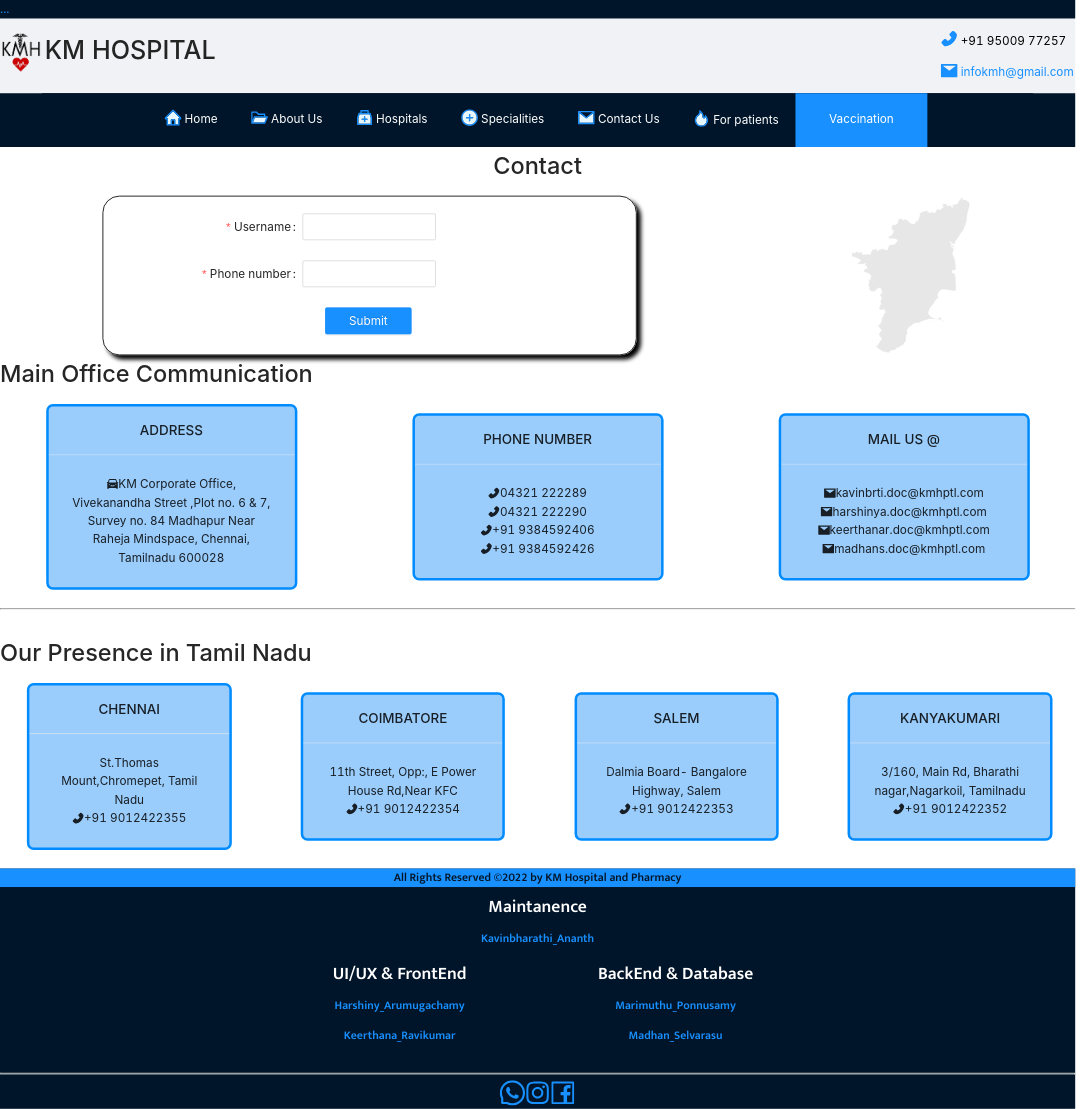
Repository: marimuthu1001/KHM-hospital
Page: /contactus (app in km-hospital/)
An editor plug-in stored every save of this project. The page is shown before and after the next save, followed by the edit.
The browser window is 1280 px wide. The page is 1297 px wide, so the pictures cover 1297 px, including what lies to the right of the window. The pictures show the whole page, at 84% of full size.
The project was rebuilt for these pictures with package versions that can differ from the ones it lists, and the page was loaded fresh each time. Also part of the build but not shown: km-hospital/src/Pages/Feedback.jsx.

Above is the page before, as saved 2022-01-25 08:55:06.

After the next save:
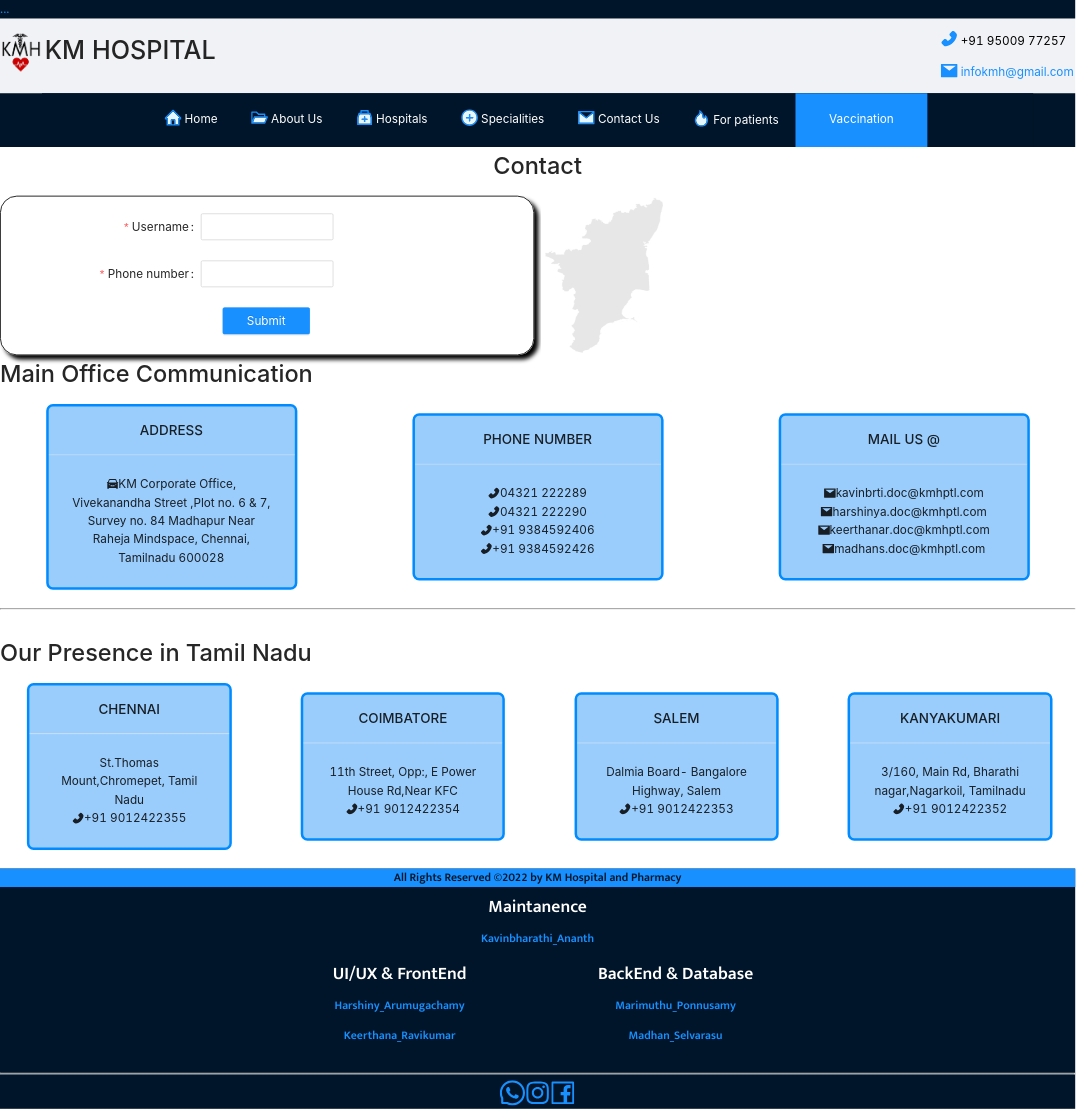
Saved 21 s later.
--- a/km-hospital/src/Pages/ContactUs.jsx
+++ b/km-hospital/src/Pages/ContactUs.jsx
@@ -19,7 +19,7 @@
             </div>
 
 
-<Row justify="space-around" align="middle" gutter={8}>
+<Row align="middle" gutter={8}>
         <Col span={12}>
         <Form className={Styles.form}
                     name="basic"

After the save that followed:
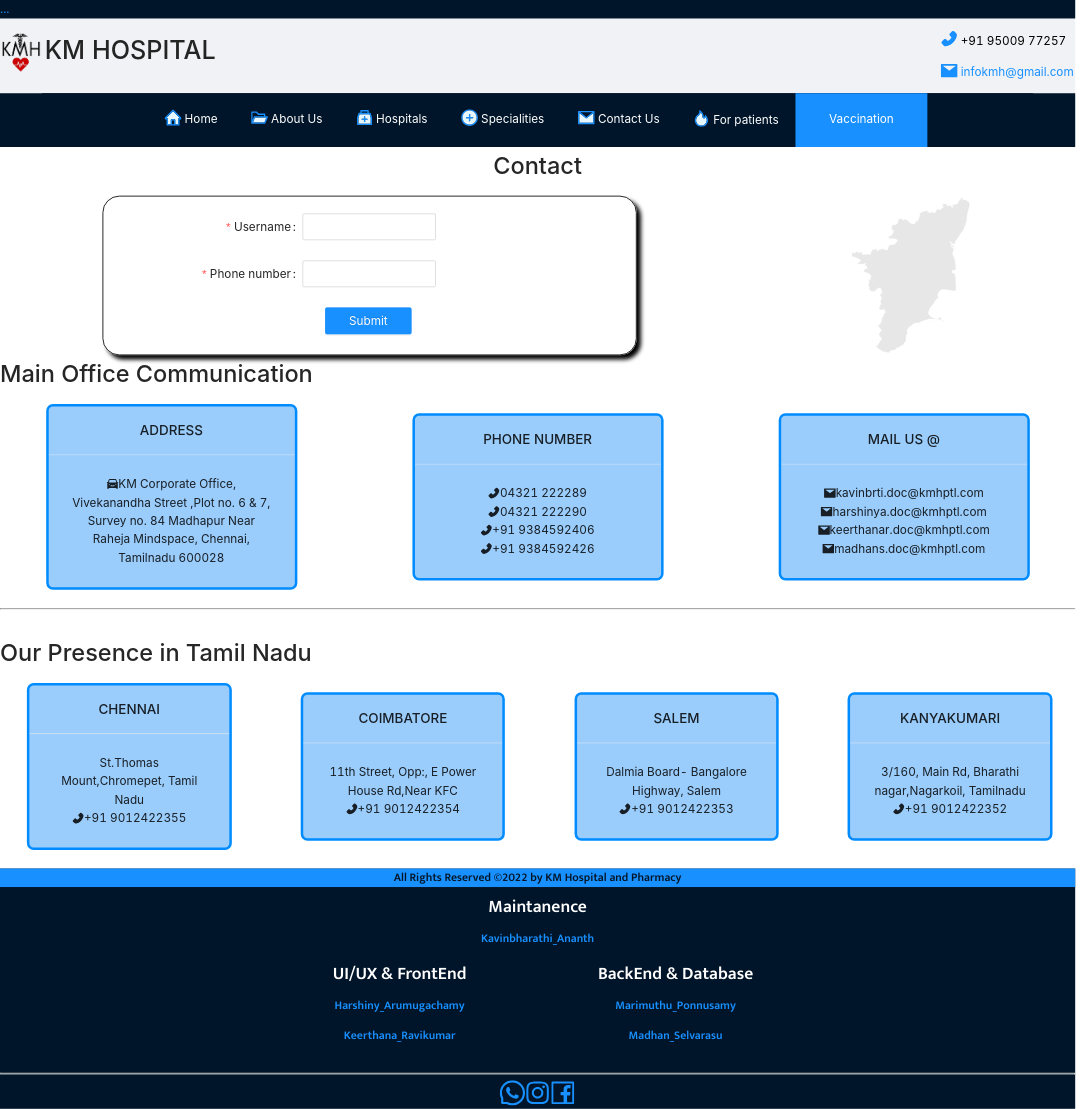
Saved 92 s later.
--- a/km-hospital/src/Pages/ContactUs.jsx
+++ b/km-hospital/src/Pages/ContactUs.jsx
@@ -19,7 +19,7 @@
             </div>
 
 
-<Row align="middle" gutter={8}>
+<Row justify="space-around" align="middle" gutter={8}>
         <Col span={12}>
         <Form className={Styles.form}
                     name="basic"
